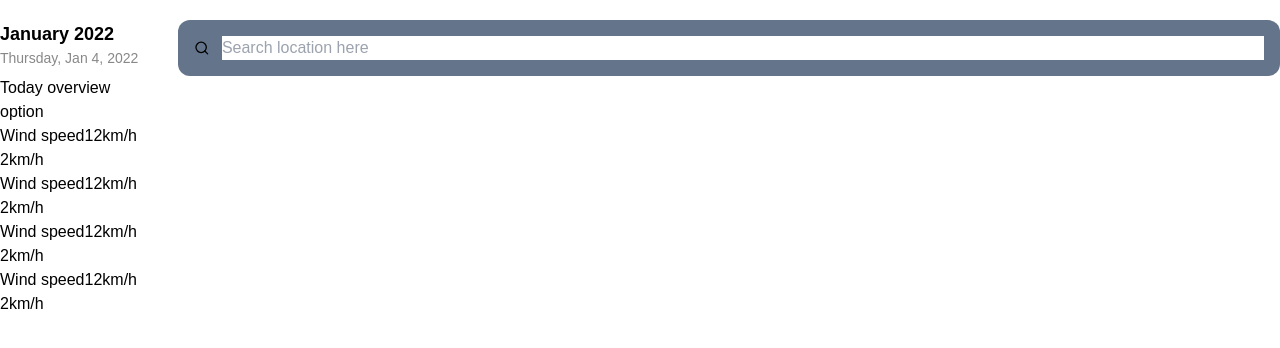
Repository: theweirdboiz/datawarehouse-ui
Page: /
The author's editor kept a copy of each file at every save. The page is drawn from the files as they stood at one save, then again after the next save.
The browser window is 1280 px wide. The pictures show the whole page.
The project was rebuilt for these pictures with package versions that can differ from the ones it lists, and the page was loaded fresh each time. Also part of the build but not shown: vite.config.js.

Above is the page before, as saved 2022-11-23 16:07:43.

### index.html
<!DOCTYPE html>
<html lang="en">
  <head>
    <meta charset="UTF-8" />
    <link rel="icon" type="image/svg+xml" href="/vite.svg" />
    <meta name="viewport" content="width=device-width, initial-scale=1.0" />
    <title>Weather - Datawarehouse</title>
  </head>
  <body>
    <div id="root"></div>
    <script type="module" src="/src/main.jsx"></script>
  </body>
</html>

### src/App.jsx
import { useState } from "react";
import { FiSearch } from "react-icons/fi";
function App() {
  const date = "font-[900] text-lg";
  const detailDate = "text-sm text-[#888]";

  return (
    <div className="container mx-auto">
      <div className="">
        <section className="content">
          <div className="mt-[20px] flex gap-x-10">
            <div className="flex-col">
              <h3 className={date}>January 2022</h3>
              <div className={detailDate}>Thursday, Jan 4, 2022</div>
            </div>
            <div className="content__search p-4 flex items-center gap-x-3 flex-1 rounded-xl bg-slate-500">
              <FiSearch />
              <input
                className="w-full"
                type="text"
                placeholder="Search location here"
              />
            </div>
          </div>
          <div className="content__detail">
            <div className="">
              <h4>Today overview</h4>
              <div className="">option</div>
              <div className="content__detail-box">
                <div className="content__detail-item">
                  <i></i>
                  <div className="speed">
                    Wind speed
                    <span>12km/h</span>
                  </div>
                  <span>2km/h</span>
                </div>
                <div className="content__detail-item">
                  <i></i>
                  <div className="speed">
                    Wind speed
                    <span>12km/h</span>
                  </div>
                  <span>2km/h</span>
                </div>
                <div className="content__detail-item">
                  <i></i>
                  <div className="speed">
                    Wind speed
                    <span>12km/h</span>
                  </div>
                  <span>2km/h</span>
                </div>
                <div className="content__detail-item">
                  <i></i>
                  <div className="speed">
                    Wind speed
                    <span>12km/h</span>
                  </div>
                  <span>2km/h</span>
                </div>
              </div>
            </div>
          </div>
        </section>
      </div>
    </div>
  );
}

export default App;

### src/index.scss
@tailwind base;
@tailwind components;
@tailwind utilities;

@layer base {
  @import url("https://fonts.googleapis.com/css2?family=Poppins:wght@300;500;600;900&display=swap");

  *,
  *::before,
  *::after {
    box-sizing: border-box;
  }
  * {
    margin: 0;
    padding: 0;
  }
  body {
    line-height: 1.5;
    font-family: "Poppins", sans-serif;
  }
  img,
  picture,
  video,
  canvas,
  svg {
    display: block;
    max-width: 100%;
  }
  input,
  button,
  textarea,
  select {
    outline: none;
  }
  p,
  h1,
  h2,
  h3,
  h4,
  h5,
  h6 {
    overflow-wrap: break-word;
  }
}

Loaded but not shown: src/main.jsx (common file); tailwind.config.cjs (common file)

After the next save:
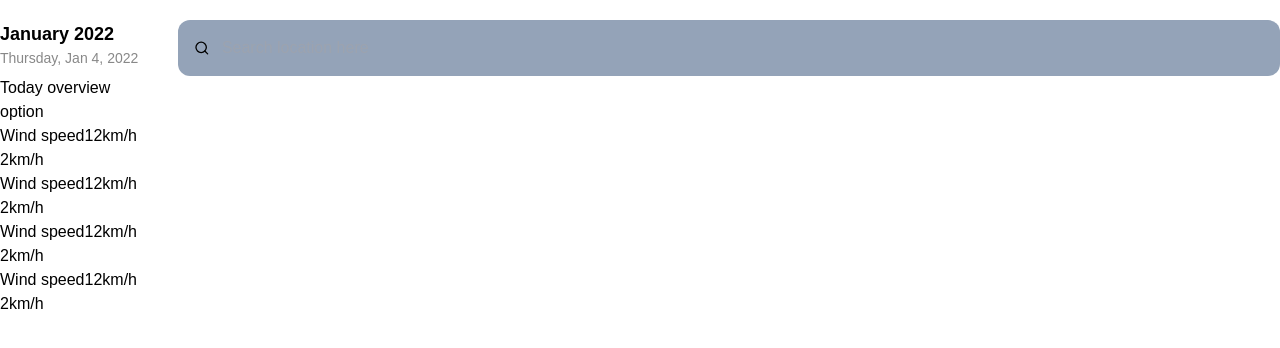
Saved 28 s later.
--- a/src/App.jsx
+++ b/src/App.jsx
@@ -13,10 +13,10 @@ function App() {
               <h3 className={date}>January 2022</h3>
               <div className={detailDate}>Thursday, Jan 4, 2022</div>
             </div>
-            <div className="content__search p-4 flex items-center gap-x-3 flex-1 rounded-xl bg-slate-500">
+            <div className="content__search p-4 flex items-center gap-x-3 flex-1 rounded-xl bg-slate-400">
               <FiSearch />
               <input
-                className="w-full"
+                className="w-full bg-transparent"
                 type="text"
                 placeholder="Search location here"
               />
